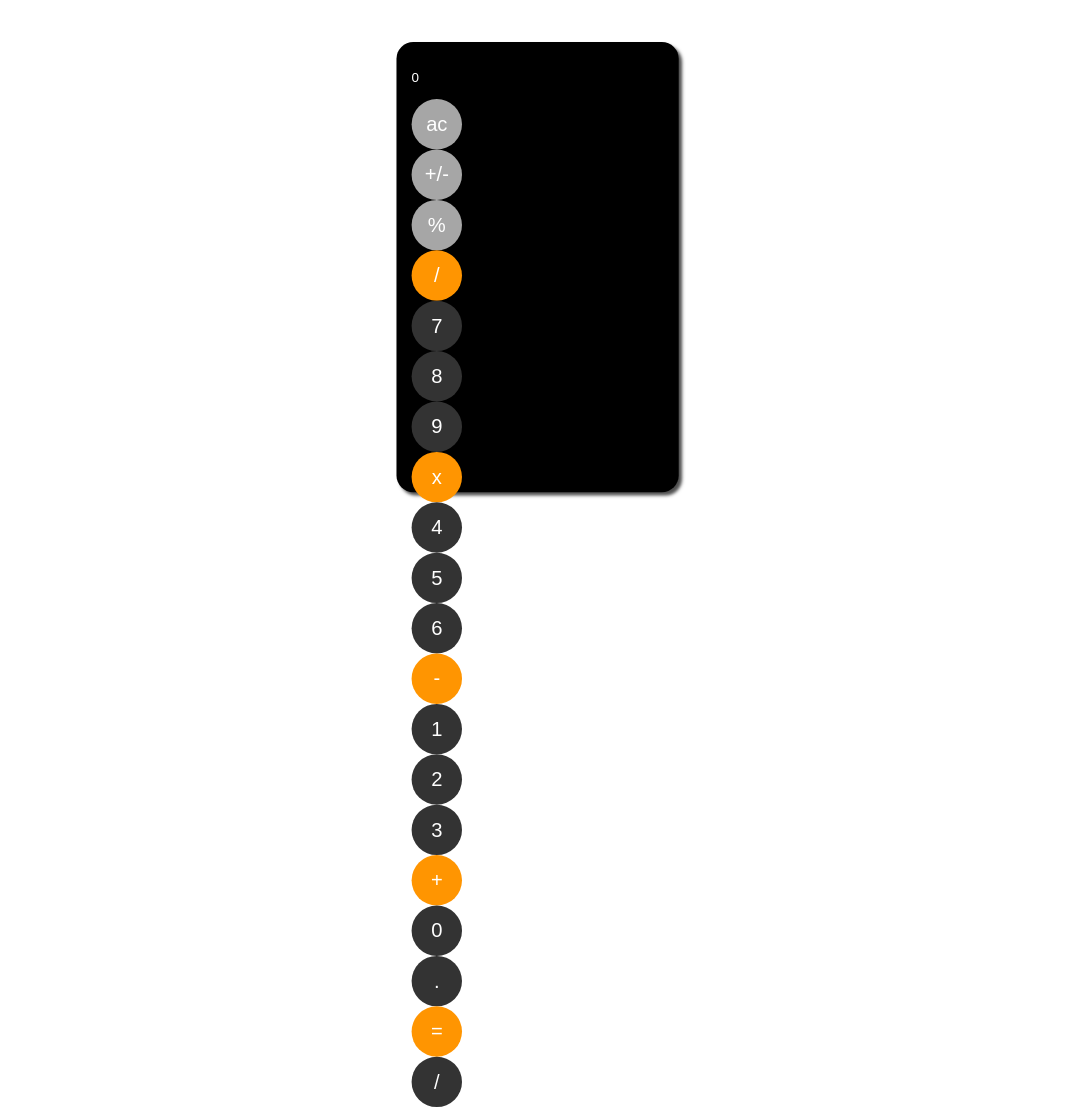
Repository: batonAnton/iphoneCalculator
Page: index.html
These files come from the project's save history. The page is drawn as it stood at one moment and after the next save; the edit follows.
The browser window is 1280 px wide. The pictures show the whole page, at 84% of full size.

Above is the page before, as saved 2022-03-09 18:28:20.

### index.html
<!DOCTYPE html>
<html lang="en">
<head>
    <meta charset="UTF-8">
    <meta http-equiv="X-UA-Compatible" content="IE=edge">
    <meta name="viewport" content="width=device-width, initial-scale=1.0">
    <title>Calculator</title>
    <link rel="stylesheet" href="style.css">
</head>
<body>
    <div class="calc">
        <div class="calc-screen">
            <p>0</p>
        </div>
        <div class="butons">
             <div class="btn ac bg-grey">ac</div>
             <div class="btn plus-minus bg-grey">+/-</div>
             <div class="btn percent bg-grey">%</div>
             <div class="btn division bg-orange">/</div>

             <div class="btn seven">7</div>
             <div class="btn eight">8</div>
             <div class="btn nine">9</div>
             <div class="btn multiply bg-orange">x</div>

             <div class="btn four">4</div>
             <div class="btn five">5</div>
             <div class="btn six">6</div>
             <div class="btn minus bg-orange">-</div>

             <div class="btn one">1</div>
             <div class="btn two">2</div>
             <div class="btn three">3</div>
             <div class="btn plus bg-orange ">+</div>

             <div class="btn zero">0</div>
             <div class="btn dot">.</div>
             <div class="btn equal bg-orange">=</div>
             <div class="btn">/</div>
        </div>
    </div>
</body>
</html>

### style.css
/*
colors
bg #000
orange #ff9501
grey #a6a6a6
white #fdfdfd
*/

.calc {
  margin: 50px auto;
  width: 300px;
  height: 500px;
  /* border: 1px solid#000;  */
  border-radius: 20px;
  background: #000;
  color: #fff;
  font-family: Arial, Helvetica, sans-serif;
  padding: 18px;
  box-shadow: 4px 4px 4px #4f4f4f;
}
.buttons {
  display: grid;
  grid-template-areas:
    "ac plus-minus percent division"
    "seven eight nine multiply"
    "four five six minus"
    "one two three plus"
    "zero zero  dot equal";
}
.btn {
  width: 60px;
  height: 60px;
  background-color: #333;
  border-radius: 50%;
  text-align: center;
  line-height: 60px;
  font-size: 1.5rem;
  cursor: pointer;
}

.btn:hover {
  filter: brightness(120%);
}

.btn:active {
  filter: brightness(90%);
}

.bg-grey {
  background-color: #a6a6a6;
}

.bg-orange {
  background-color: #ff9501;
}

After the next save:
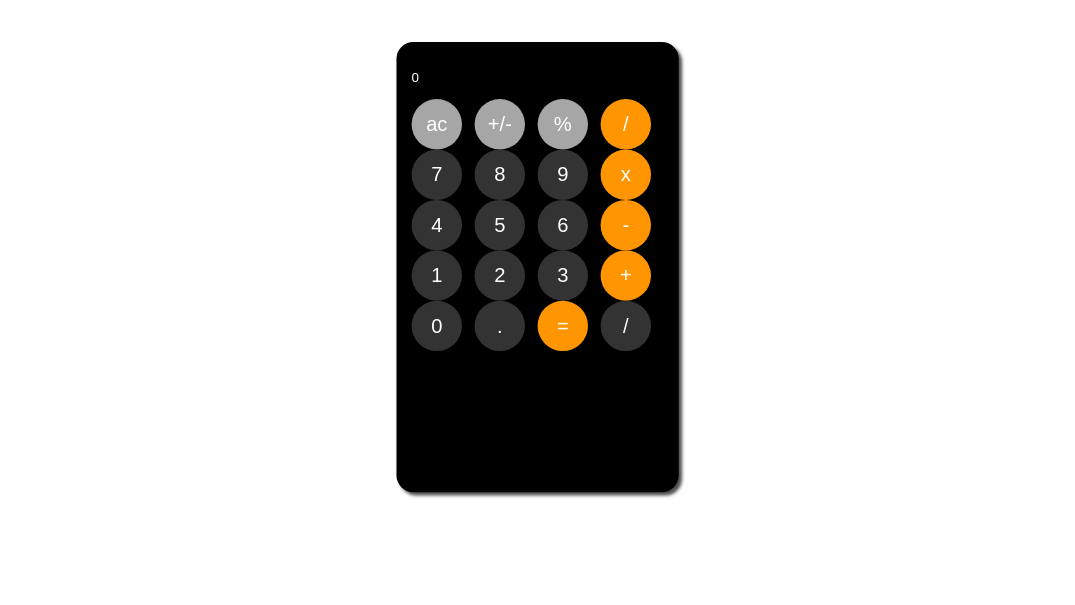
Saved 15 s later.
--- a/index.html
+++ b/index.html
@@ -12,7 +12,7 @@
         <div class="calc-screen">
             <p>0</p>
         </div>
-        <div class="butons">
+        <div class="buttons">
              <div class="btn ac bg-grey">ac</div>
              <div class="btn plus-minus bg-grey">+/-</div>
              <div class="btn percent bg-grey">%</div>
